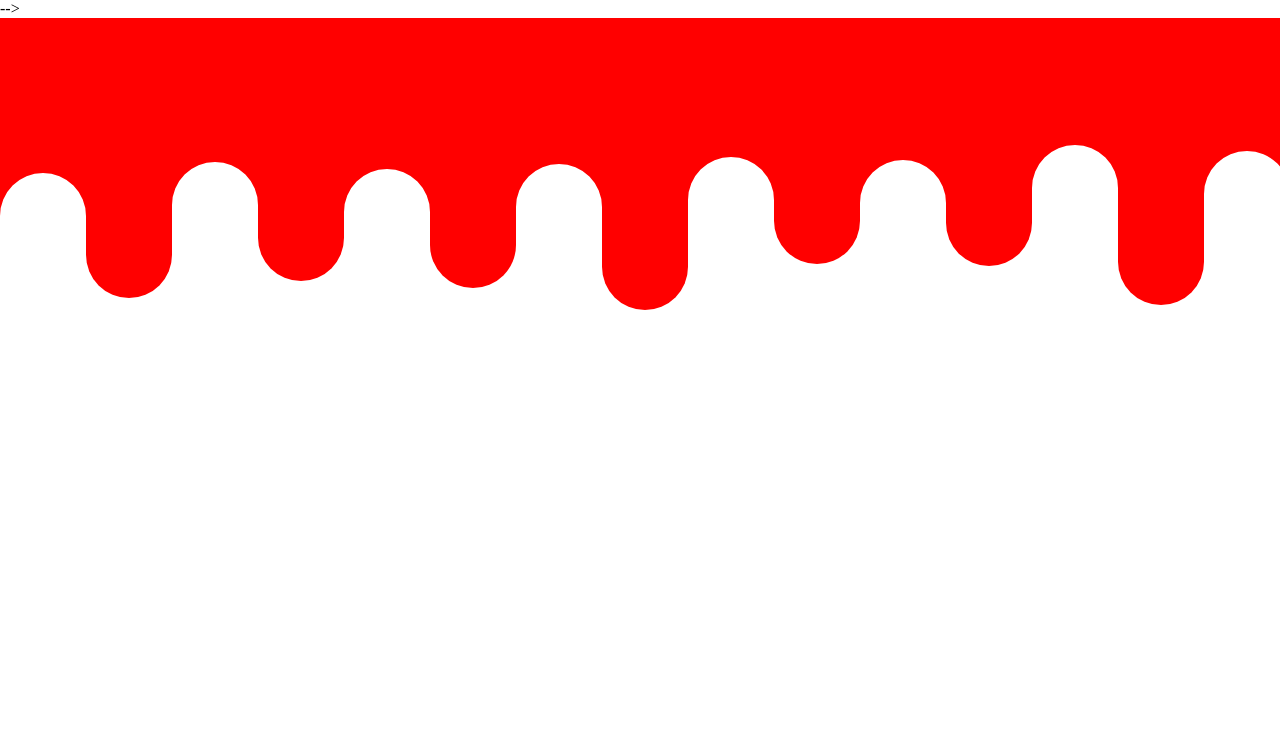
Repository: l-ollie/drip
Page: index.html
An editor plug-in stored every save of this project. The page is shown before and after the next save, followed by the edit.
The browser window is 1280 px wide. The pictures show the whole page.

Above is the page before, as saved 2022-06-29 21:11:21.

After the next save:
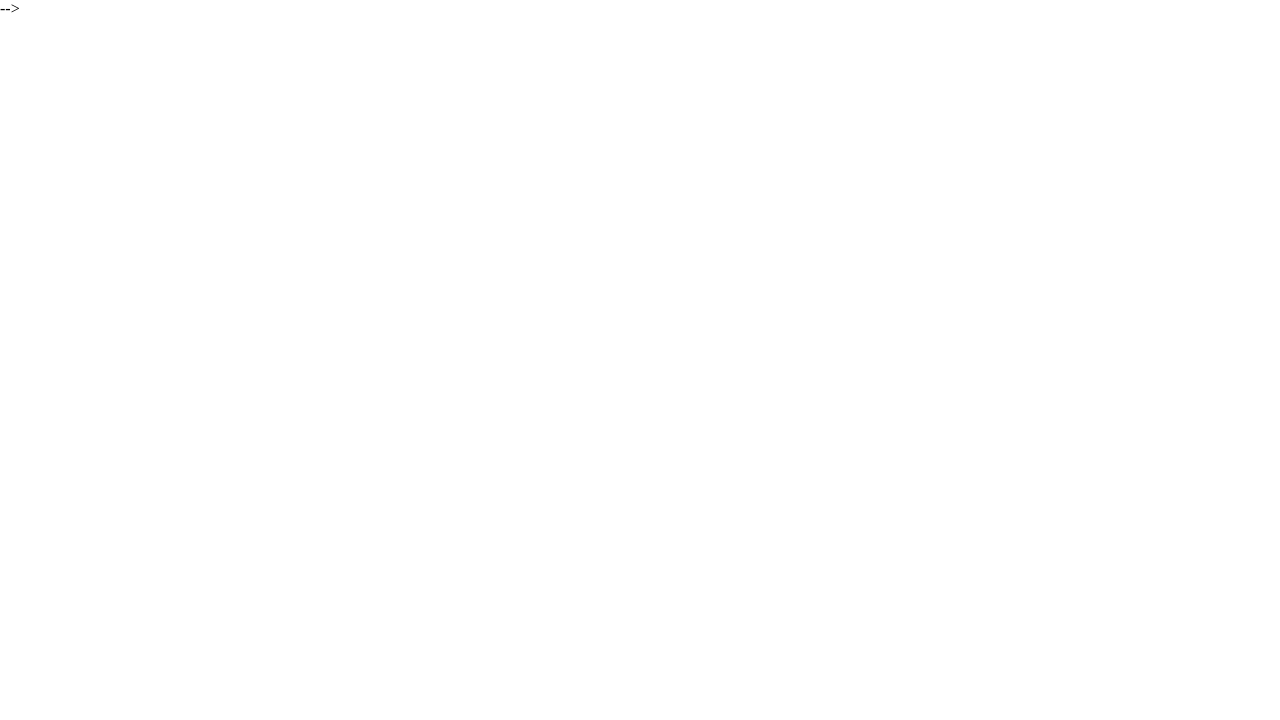
Console error: SyntaxError: Unexpected token '['
Saved 29 s later.
--- a/drip.js
+++ b/drip.js
@@ -127,7 +127,7 @@
 		let svgAnimation = document.getElementById(`dripAnim${animId}`);
 		const valuesProp = svgAnimation.getAttributeNS(null, 'values');
 		let value;
-		let values;
+		let values[];
 
 		while ((value = regexPath.exec(valuesProp)) !== null) {
 			values = values.push(value[0]);

After the save that followed:
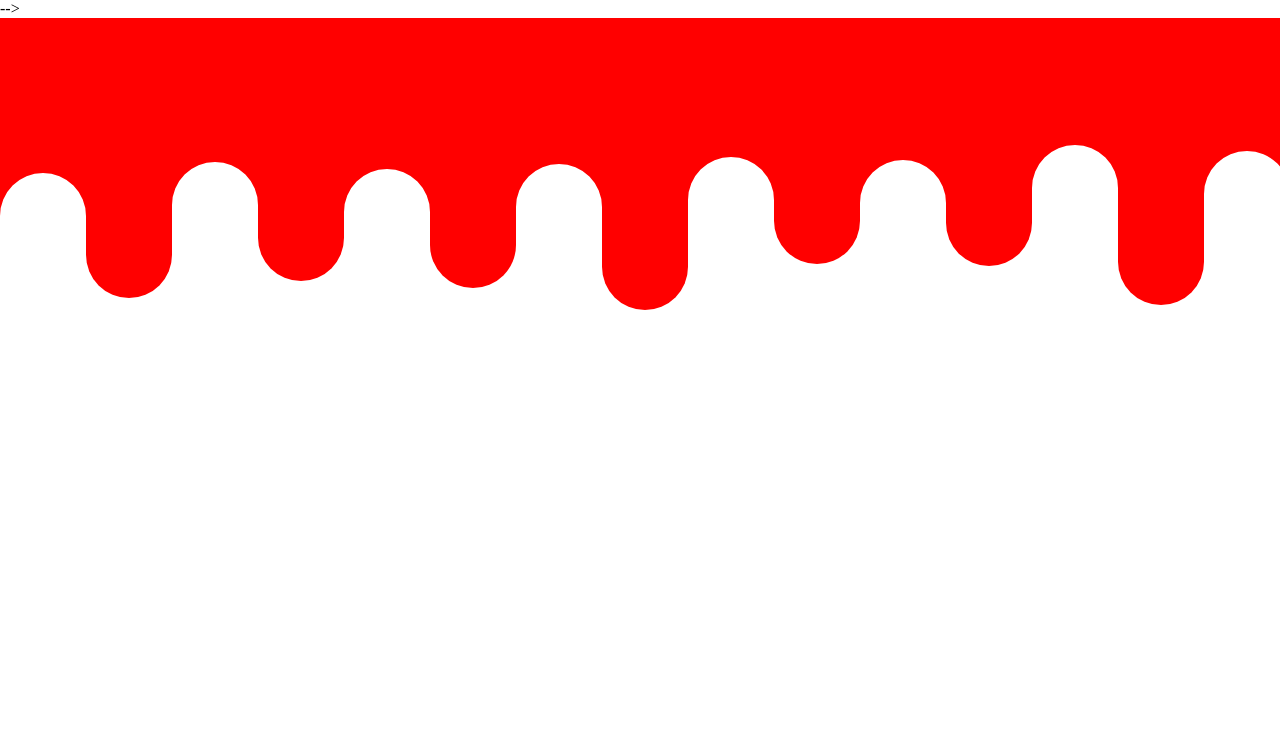
The error is gone.
Saved 8 s later.
--- a/drip.js
+++ b/drip.js
@@ -127,7 +127,7 @@
 		let svgAnimation = document.getElementById(`dripAnim${animId}`);
 		const valuesProp = svgAnimation.getAttributeNS(null, 'values');
 		let value;
-		let values[];
+		let values = [];
 
 		while ((value = regexPath.exec(valuesProp)) !== null) {
 			values = values.push(value[0]);
